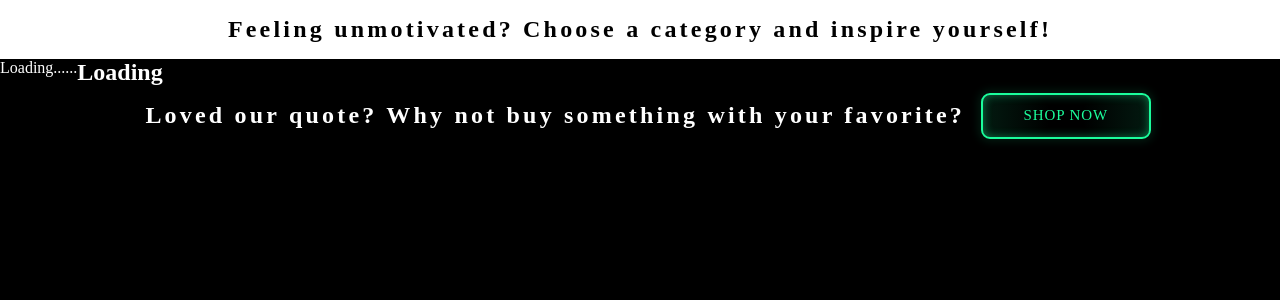
Repository: alanrceratti/motivational
Page: /
The author's editor kept a copy of each file at every save. The page is drawn from the files as they stood at one save, then again after the next save.
The browser window is 1280 px wide. The pictures show the whole page.
The page's requests for data from a server got no answer. Some web fonts or font styles are not loaded; a fallback is used. The project was rebuilt for these pictures with package versions that can differ from the ones it lists, and the page was loaded fresh each time. No one was signed in, and anything a server would have sent is missing. Also part of the build but not shown: webpack.config.js, src/Options.module.scss, src/Options.js, src/Components/CategorySelect.module.scss.

Above is the page before, as saved 2023-01-14 17:15:36.

### public/index.html

<!DOCTYPE html>
<html lang="en">
	<head>
		<meta charset="utf-8" />
		<link rel="icon" href="%PUBLIC_URL%/favicon.ico" />
		<link
			href="https://fonts.googleapis.com/css2?family=Patua+One&family=Unbounded:wght@400;700&display=swap"
			rel="stylesheet"
		/>

		<meta name="viewport" content="width=device-width, initial-scale=1" />
		<meta name="theme-color" content="#000000" />
		<meta
			name="description"
			content="Web site created using create-react-app"
		/>
		<link rel="apple-touch-icon" href="%PUBLIC_URL%/logo192.png" />
		<!--
      manifest.json provides metadata used when your web app is installed on a
      user's mobile device or desktop. See https://developers.google.com/web/fundamentals/web-app-manifest/
    -->
		<link rel="manifest" href="%PUBLIC_URL%/manifest.json" />
		<!--
      Notice the use of %PUBLIC_URL% in the tags above.
      It will be replaced with the URL of the `public` folder during the build.
      Only files inside the `public` folder can be referenced from the HTML.

      Unlike "/favicon.ico" or "favicon.ico", "%PUBLIC_URL%/favicon.ico" will
      work correctly both with client-side routing and a non-root public URL.
      Learn how to configure a non-root public URL by running `npm run build`.
    -->
		<title>React App</title>
	</head>
	<body>
		<noscript>You need to enable JavaScript to run this app.</noscript>
		<div id="root"></div>
		<!--
      This HTML file is a template.
      If you open it directly in the browser, you will see an empty page.

      You can add webfonts, meta tags, or analytics to this file.
      The build step will place the bundled scripts into the <body> tag.

      To begin the development, run `npm start` or `yarn start`.
      To create a production bundle, use `npm run build` or `yarn build`.
    --></body>
</html>

### src/index.js
import React from "react";
import ReactDOM from "react-dom/client";
import App from "./App";

const root = ReactDOM.createRoot(document.getElementById("root"));
root.render(
	<React.StrictMode>
		<App />
	</React.StrictMode>
);

// If you want to start measuring performance in your app, pass a function
// to log results (for example: reportWebVitals(console.log))
// or send to an analytics endpoint. Learn more: https://bit.ly/CRA-vitals

### src/App.js
import "./App.scss";
import { BrowserRouter, Routes, Route } from "react-router-dom";
import PhraseGet from "./Components/PhraseGet";
import Options from "./Options";
import Home from "./Components/Home";


function App() {
	return (
		<>
			<BrowserRouter>
				<Routes>
					<Route path="/" element={<Home />} />
					<Route path="/button" element={<Options />} />
				</Routes>
			</BrowserRouter>
		</>
	);
}

export default App;

### src/App.scss
html {
	--color1: #1bfd9c;
	--color2: #82ffc9;
	--color3: #ffffff;
	--green: #1bfd9c;
	height: 100vh;
	width: 100vw;
	margin: 0px;
	padding: 0px;
	background-repeat: no-repeat;
	overflow-x: hidden;
	background-image: linear-gradient(
		160deg,
		#000000 0%,
		#000000 50%,
		#000000 100%
	);
}
body {
	margin: 0px;
	padding: 0px;
}

h1,
h2,
h3,
h4,
p {
	margin: 0px;
	color: rgb(255, 255, 255);
}

ul,
li {
	list-style: none;
	padding: 0px;
	margin: 0px;
}

img {
	display: block;
	max-width: 100%;
}

button,
input {
	display: block;
	font-size: 1rem;
	color: #333;
}

a {
	text-decoration: none;
	color: #333;
}

### src/Components/PhraseGet.js
import React, { useEffect, useState } from "react";
import styles from "../Components/PhraseGet.module.scss";
import Options from "../Options";
import { CategorySelect } from "./CategorySelect";

function PhraseGet() {
	// state variable to store the selected category id
	const [categoryId, setCategoryId] = useState(1);
	// state variable to store the data retrieved from the API
	const [data, setData] = useState(null);
	// state variable to store the options for the select element
	const [options, setOptions] = useState([]);
	// state variable to indicate if the data is currently being loaded
	const [loading, setLoading] = useState(true);
	// state variable to indicate if the image is currently being loaded
	const [loadingImg, setLoadingImg] = useState(true);
	// state variable to store the current random number
	const [number, setNumber] = useState(7);
	// commented out state variable for future use, possibly for storing count of words
	// const [count, setCount] = useState(0);
	const [showSelect, setShowSelect] = useState(true);

	// Function to toggle visibility of select element
	const handleClick = () => {
		setShowSelect(!showSelect);
	};

	// Object containing arrays of numbers associated with each category
	const idLists = {
		1: [7, 8, 9, 21, 22],
		2: [10, 18, 19, 20],
		3: [11, 12],
		4: [15, 16, 17],
		5: [13, 14],
	};
	// async function fetchCount() {
	// 	const response = await fetch(
	// 		`http://127.0.0.1:200/api/categories/all/`
	// 	);
	// 	const json = await response.json();
	// 	console.log(idLists);

	// 	json.map((category) => {
	// 		const categoryId = category.id;
	// 		const phraseIds = category.phrases.map((phrase) => phrase.id);
	// 		idLists[categoryId] = phraseIds;
	// 	});
	// }
	// useEffect(() => {
	// 	fetchCount();
	// }, []);

	// function to handle changes in the category select element
	function handleChangeCategory(e) {
		// set the selected category id
		setCategoryId(e.target.value);
		const selectedCategoryId = e.target.value;
		// Retrieve previous selected numbers for current category from local storage
		const previousIdList =
			JSON.parse(
				localStorage.getItem(`previousid${selectedCategoryId}`)
			) || [];

		// filter out previously selected numbers from the array
		const filteredIdList = idLists[selectedCategoryId].filter(
			(number) => !previousIdList.includes(number)
		);

		// if there are still numbers available in filteredIdList array
		if (filteredIdList.length > 0) {
			const randomIndex = Math.floor(
				Math.random() * filteredIdList.length
			);
			// select random number from filteredIdList array
			const randomNumber = filteredIdList[randomIndex];
			// set the new random number
			setNumber(randomNumber);
			// add new randomNumber to the previousIdList array
			previousIdList.push(randomNumber);
			// store the updated previousIdList array in local storage
			localStorage.setItem(
				`previousid${selectedCategoryId}`,
				JSON.stringify(previousIdList)
			);
		} else {
			// if there are no more numbers available, remove the previousid1 array from local storage and log a message
			localStorage.removeItem(`previousid${selectedCategoryId}`);
			console.log("acabou o 1");
		}
	}

	async function fetchOptions() {
		// fetch data from api using fetch function
		const response = await fetch(
			`http://127.0.0.1:200/api/categories/all/`
		);
		// parse response to json
		const json = await response.json();
		// extract values of json object
		const arr = Object.values(json);
		// set options state
		setOptions(arr);
		// set loading state to false
		setLoading(false);
		// call fetchData function
		fetchData();
	}

	useEffect(() => {
		// call fetchOptions function when component mounts
		fetchOptions();
	}, [categoryId]);

	async function fetchData() {
		let retries = 0;
		// maximum number of retries if response status is 404
		const MAX_RETRIES = 3;
		let response;

		while (
			retries < MAX_RETRIES &&
			(response === undefined || response.status === 404)
		) {
			// try to fetch data from api
			try {
				response = await fetch(
					`http://127.0.0.1:200/api/categories/${categoryId}/phrases/?filter_by_id=${number}`
				);
				// if response status is 404, increment retries
				if (response.status === 404) {
					retries++;
				} else {
					// parse response to json
					const json = await response.json();
					// set data state
					setData(json);
					// set loadingImg state to false
					setLoadingImg(false);
				}
				// log response status and url
				console.log(
					`GET ${response.url} ${response.status} (${response.statusText})`
				);
			} catch (error) {
				// log error
				console.error("asdasdad");
			}
			// wait for 1 second before retrying
			await new Promise((resolve) => setTimeout(resolve, 1000));
		}
		// retrieve previous selected numbers for current category from local storage
		const previousIdList =
			JSON.parse(localStorage.getItem(`previousid${categoryId}`)) || [];
		// if all numbers have been selected, remove the previousid array from local storage
		if (previousIdList.length === idLists[categoryId].length) {
			localStorage.removeItem(`previousid${categoryId}`);
		}
	}

	return (
		<section className={styles.mainContainerr}>
			<CategorySelect
				options={options}
				handleChangeCategory={handleChangeCategory}
				categoryId={categoryId}
				loading={loading}
				handleClick={handleClick}
				showSelect={showSelect}
			/>
			{loadingImg ? (
				<h1>Loading</h1>
			) : (
				<div className={styles.um}>
					<div>
						{data && (
							<img src={data.image_url} alt="image_phrase" />
						)}
						{data ? <h1>{data.phrase}</h1> : "Loading..."}
					</div>
				</div>
			)}
		</section>
	);
}

export default PhraseGet;

### src/Components/Home.js
import React from "react";
import PhraseGet from "./PhraseGet";
import Title from "./Title";
import TitleDown from "./TitleDown";

const Home = () => {
	return (
		<div>
			<Title />
			<PhraseGet />
			<TitleDown />
		</div>
	);
};

export default Home;

### src/Components/PhraseGet.module.scss
.mainContainerr {
	display: grid;
	grid-template-columns: auto 2fr;
	height: 100%;

	.options {
		grid-column: 1/2;
		grid-row: 1/3;
		max-width: fit-content;
		option {
			font-size: 1.5rem;
			text-align: left;
			color: rgb(255, 255, 255);
		}

		select {
			margin: 0 auto;
			margin-top: 1.5rem;
			font-family: "Patua One";
			font-size: 1.5rem;
			position: relative;
			padding: 1em 1.8em;
			outline: none;
			text-align: center;
			border: 1px solid #303030;
			background: #040404;
			color: var(--color1);
			text-transform: uppercase;
			letter-spacing: 2px;

			overflow: hidden;
			-webkit-transition: 0.2s;
			transition: 0.2s;
			border-radius: 10px;
			cursor: pointer;
			font-weight: bold;
		}
	}

	.um {
		div {
			display: flex;
			height: 80vh;
			margin: 3rem;
			width: 80vw;
			position: static;
			justify-content: center;
			align-items: center;
		}
		img {
			aspect-ratio: 7/4;
			width: 60vw;
			object-fit: fill;
			border: 2px inset #000000;
			border-radius: 100px 250px 100px 250px;
			opacity: 0.9;
			position: absolute;
		}
		h1 {
			width: 50%;

			margin: auto;
			margin-top: 15rem;
			z-index: 100;
			backdrop-filter: blur(12px) saturate(176%);
			-webkit-backdrop-filter: blur(12px) saturate(176%);
			background-color: rgba(0, 0, 0, 0.3);
			letter-spacing: 0.25rem;
			font-size: 4rem;
			font-family: "Patua One";
			text-align: center;
			text-shadow: rgb(0, 0, 0) 0.3rem 0px 0px,
				rgb(0, 0, 0) 0.54px 0.84px 0px, rgb(0, 0, 0) -0.41px 0.9px 0px,
				rgb(0, 0, 0) -0.98px 0.14px 0px,
				rgb(0, 0, 0) -0.65px -0.75px 0px,
				rgb(0, 0, 0) 0.28px -0.95px 0px, rgb(0, 0, 0) 0.96px -0.27px 0px;
		}
	}
}
/* <link href="https://fonts.googleapis.com/css2?family=Cabin+Sketch:wght@400;700&family=Patua+One&family=Rubik+80s+Fade&family=Yeseva+One&display=swap" rel="stylesheet"> */

/*  */

### src/Components/CategorySelect.js
import React from "react";
import Options from "../Options";
import styles from "./CategorySelect.module.scss";

function CategorySelect(props) {
	const { options, handleChangeCategory, loading, handleClick, showSelect } =
		props;

	return (
		<section className={styles.mainContainerr}>
			{loading ? (
				<p>Loading......</p>
			) : (
				<div className={styles.options}>
					<Options onClick={handleClick} />
					<select
						style={{ display: showSelect ? "block" : "none" }}
						onChange={handleChangeCategory}
					>
						{options.map((option) => (
							<option key={option.id} value={option.id}>
								{option.category_name}
							</option>
						))}
					</select>
				</div>
			)}
		</section>
	);
}

export { CategorySelect };

### src/Components/Title.js
import React from "react";
import styles from "./Title.module.scss";

const Title = () => {
	return (
		<div className={styles.container}>
			<h1>
				Feeling unmotivated? Choose a category and inspire yourself!
			</h1>
		</div>
	);
};

export default Title;

### src/Components/TitleDown.js
import React from "react";
import styles from "./TitleDown.module.scss";

const TitleDown = () => {
	return (
		<section>
			<div className={styles.container}>
				<h1>
					Loved our quote? Why not buy something with your favorite?
				</h1>
				<button className={styles.button2}> SHOP NOW</button>
			</div>
		</section>
	);
};

export default TitleDown;

### src/Components/Title.module.scss
.container {
	width: 100vw;
	height: fit-content;
	display: flex;
	justify-content: center;
	align-items: center;
	background-color: rgb(255, 255, 255);
	margin: auto;

	h1 {
		font-family: "Unbounded";
		font-size: 1.5rem;
		letter-spacing: 0.2rem;
		text-align: center;
		margin: 1rem;
		color: rgb(0, 0, 0);
	}
}

### src/Components/TitleDown.module.scss
.container {
	width: 100vw;
	height: fit-content;
	display: flex;
	justify-content: center;
	align-items: center;
	background-color: rgb(0, 0, 0);
	margin: auto;

	h1 {
		font-family: "Unbounded";
		font-size: 1.5rem;
		letter-spacing: 0.2rem;
		text-align: center;
		margin: 1rem;
		color: rgb(255, 255, 255);
	}
}
.button2 {
	color: var(--green);
	font-size: 15px;
	padding: 0.7em 2.7em;
	letter-spacing: 0.06em;
	position: relative;
	font-family: inherit;
	border-radius: 0.6em;
	overflow: hidden;
	transition: all 0.3s;
	line-height: 1.4em;
	border: 2px solid var(--green);
	background: linear-gradient(
		to right,
		rgba(27, 253, 156, 0.1) 1%,
		transparent 40%,
		transparent 60%,
		rgba(27, 253, 156, 0.1) 100%
	);
	color: var(--green);
	box-shadow: inset 0 0 10px rgba(27, 253, 156, 0.4),
		0 0 9px 3px rgba(27, 253, 156, 0.1);
}

.button2:hover {
	color: #82ffc9;
	box-shadow: inset 0 0 10px rgba(27, 253, 156, 0.6),
		0 0 9px 3px rgba(27, 253, 156, 0.2);
	cursor: pointer;
}

.button2:before {
	content: "";
	position: absolute;
	left: -4em;
	width: 4em;
	height: 100%;
	top: 0;
	transition: transform 0.4s ease-in-out;
	background: linear-gradient(
		to right,
		transparent 1%,
		rgba(27, 253, 156, 0.1) 40%,
		rgba(27, 253, 156, 0.1) 60%,
		transparent 100%
	);
}

.button2:hover:before {
	transform: translateX(15em);
}

After the next save:
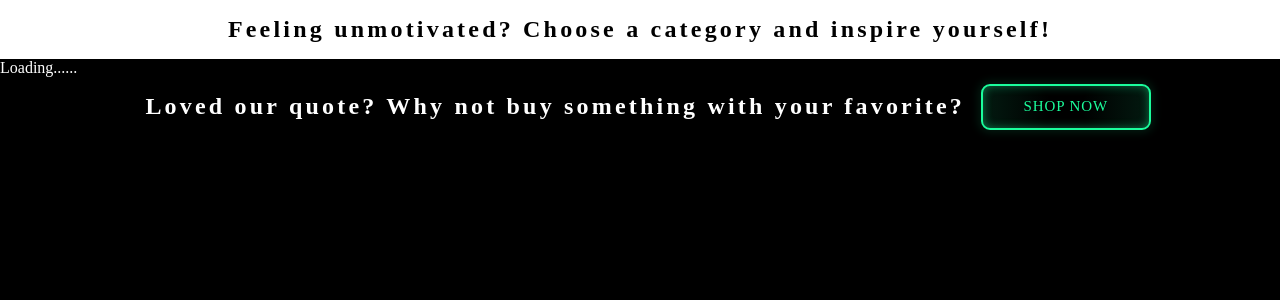
Saved 34 s later.
--- a/src/Components/PhraseGet.js
+++ b/src/Components/PhraseGet.js
@@ -167,18 +167,7 @@
 				handleClick={handleClick}
 				showSelect={showSelect}
 			/>
-			{loadingImg ? (
-				<h1>Loading</h1>
-			) : (
-				<div className={styles.um}>
-					<div>
-						{data && (
-							<img src={data.image_url} alt="image_phrase" />
-						)}
-						{data ? <h1>{data.phrase}</h1> : "Loading..."}
-					</div>
-				</div>
-			)}
+
 		</section>
 	);
 }
